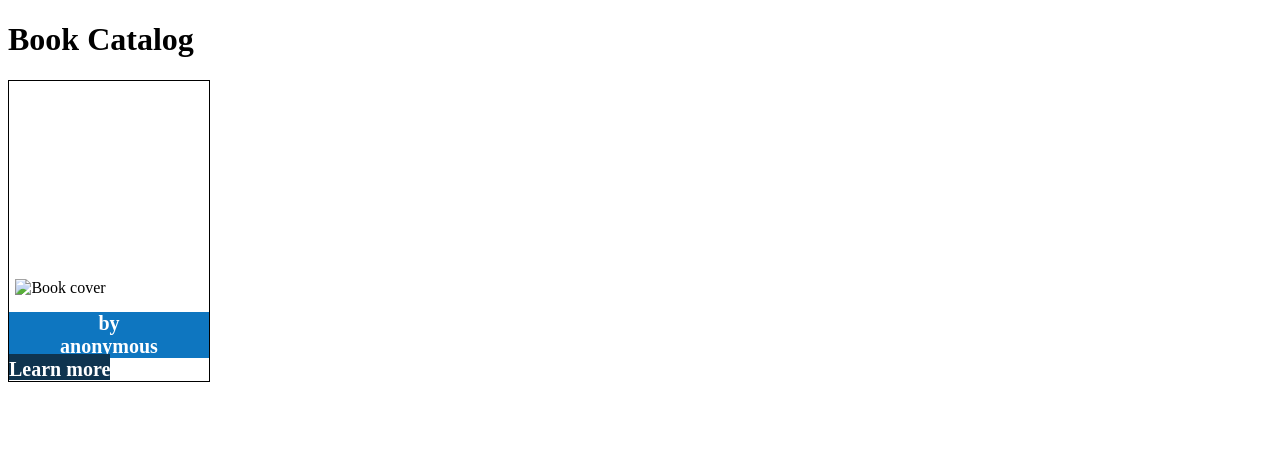
Repository: Yejin-Digital/Lab3-Assignment-BookCatalog
Page: /
An editor plug-in stored every save of this project. The page is shown before and after the next save, followed by the edit.
The browser window is 1280 px wide. The pictures show the whole page.
The project was rebuilt for these pictures with package versions that can differ from the ones it lists, and the page was loaded fresh each time. Also part of the build but not shown: vite.config.js.

Above is the page before, as saved 2025-09-13 04:05:39.

### index.html
<!DOCTYPE html>
<html lang="en">
  <head>
    <meta charset="UTF-8" />
    <link rel="icon" type="image/svg+xml" href="/vite.svg" />
    <meta name="viewport" content="width=device-width, initial-scale=1.0" />
    <title>Vite + React</title>
  </head>
  <body>
    <h1>Book Catalog</h1>
    <div id="root"></div>
    <script type="module" src="/src/main.jsx"></script>
  </body>
</html>

### src/index.css
html {
  font-family: 'Times New Roman', Times, serif;
}

### src/App.jsx
import BookListCard from './BookListCard';

function App() {
  return (
    <div>
      <BookListCard author="anonymous" image={'/images/9781484212615.png'} />
    </div>
  );
}

export default App;

### src/BookListCard.jsx
import './BookListCard.css';

function BookListCard(props, image) {
  return (
    <div className="bookCard">
      <div className="bookImage">
        <img src={image} alt="Book cover" />
      </div>
      <div className="bookInfo">
        <p className="bookAuthor">by</p>
        <p className="bookAuthor">{props.author}</p>
        <p className="bookAuthor"></p>
        <a>Learn more</a>
      </div>
    </div>
  );
}

export default BookListCard;

### src/BookListCard.css
.bookCard {
  flex-direction: column;
  border: solid 1px black;
  width: 200px;
  height: 300px;

  display: flex;
  justify-content: flex-end;
}

.bookImage {
  padding: 6.4px;
}
.bookCard img {
  width: 100%;
  height: auto;
  max-height: 200px;
  object-fit: cover;
  margin-bottom: 8px;
}

.bookAuthor {
  font-size: 20px;
  font-weight: bold;
  color: white;
  background-color: rgb(14, 118, 192);
  text-align: center;
  margin: 0;
}

a {
  width: 100%;
  font-size: 20px;
  font-weight: bold;
  color: white;
  background-color: rgb(15, 52, 79);
  text-align: center;
  margin: 0;
  padding: 4px 0 0;
}

Loaded but not shown: src/main.jsx (common file)

After the next save:
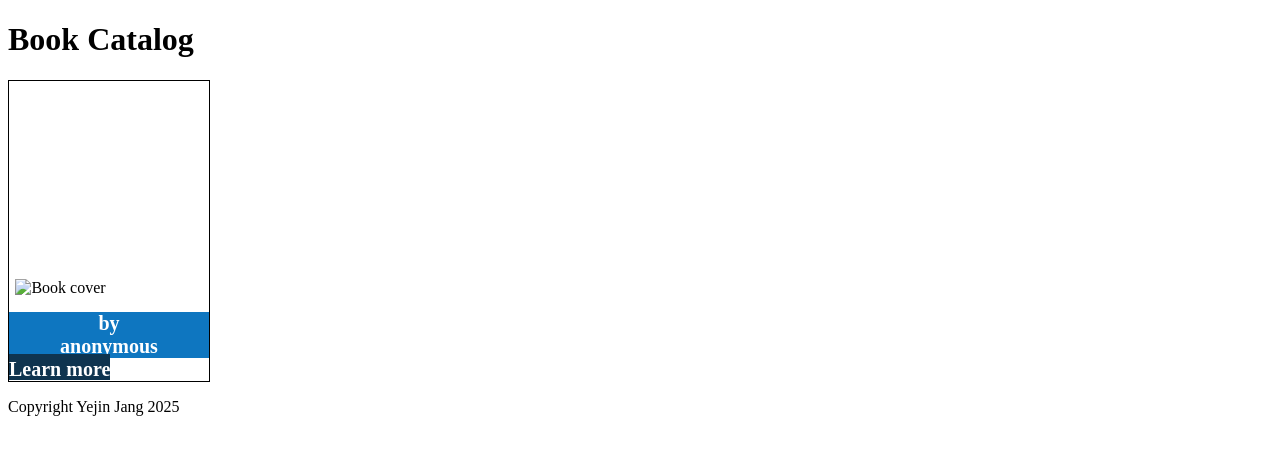
Saved 50 s later.
--- a/index.html
+++ b/index.html
@@ -9,6 +9,9 @@
   <body>
     <h1>Book Catalog</h1>
     <div id="root"></div>
+    <footer>
+      <p>Copyright Yejin Jang 2025</p>
+    </footer>
     <script type="module" src="/src/main.jsx"></script>
   </body>
 </html>
